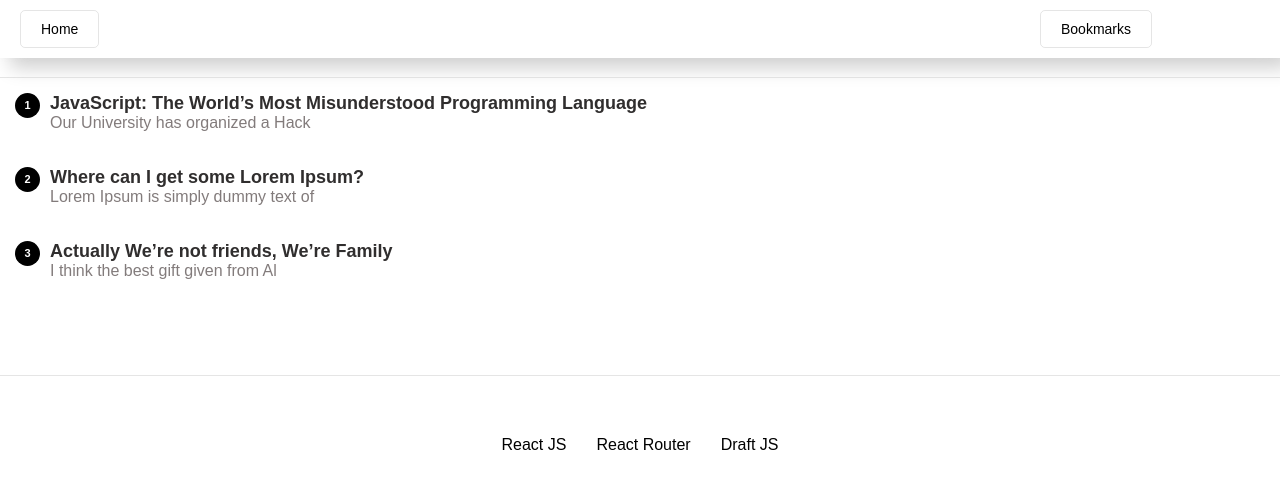
Repository: DevLaukey/task
Page: /react-mini-blog/bookmark
These files come from the project's save history. The page is drawn as it stood at one moment and after the next save; the edit follows.
The browser window is 1280 px wide. The pictures show the whole page.
The project was rebuilt for these pictures with package versions that can differ from the ones it lists, and the page was loaded fresh each time. Also part of the build but not shown: src/data.js, src/Components/content/Post.js, src/Components/content/Posts.js, src/Components/content/Content.js, src/Components/RichText/StyleButton.js, src/Components/RichText/BlockStyleControls.js, src/Components/RichText/InlineStyleControls.js, src/Components/posts/posts.css and 3 more.

Above is the page before, as saved 2022-06-13 13:48:07.

After the next save:
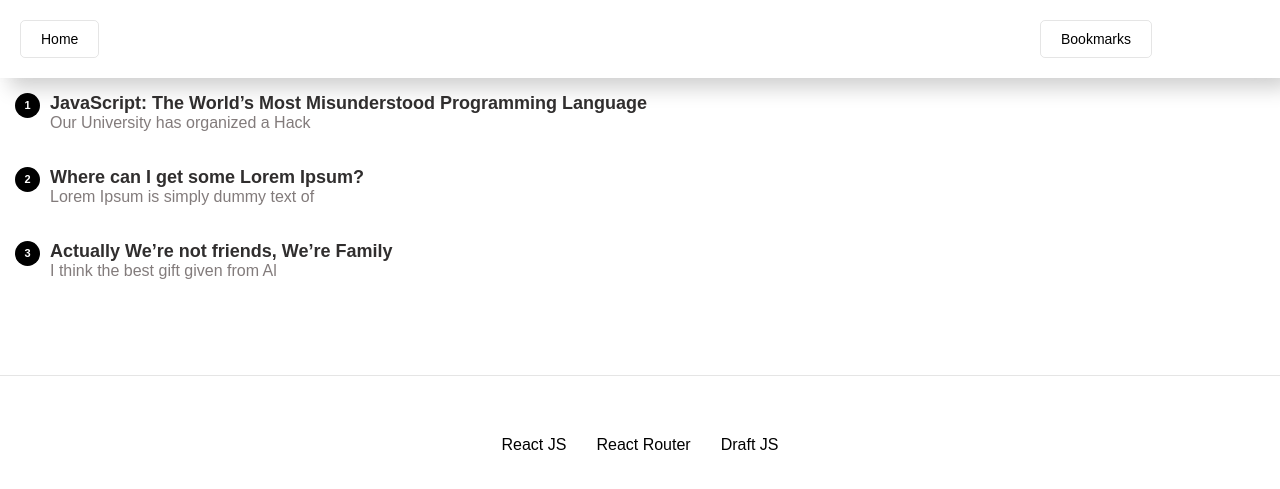
Saved 17 s later.
--- a/src/Components/header/header.css
+++ b/src/Components/header/header.css
@@ -8,6 +8,6 @@ header {
 .navbar {
   display: flex;
   justify-content: space-between;
-  margin: 20px 10px;
+  margin: 30px 10px;
   width: 90vw;
 }
